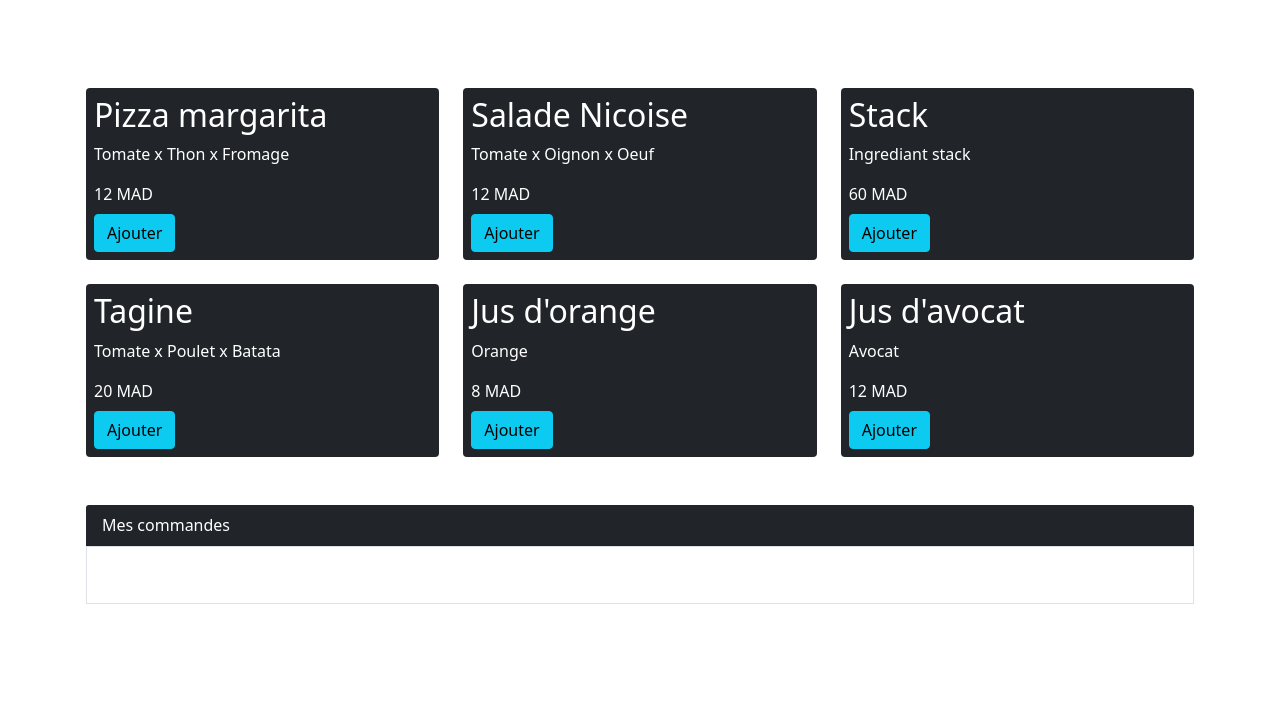
Repository: FS-23/my-restaurant
Page: /
An editor plug-in stored every save of this project. The page is shown before and after the next save, followed by the edit.
The browser window is 1280 px wide. The pictures show the whole page.
The project was rebuilt for these pictures with package versions that can differ from the ones it lists, and the page was loaded fresh each time.

Above is the page before, as saved 2022-04-29 14:09:26.

After the next save:
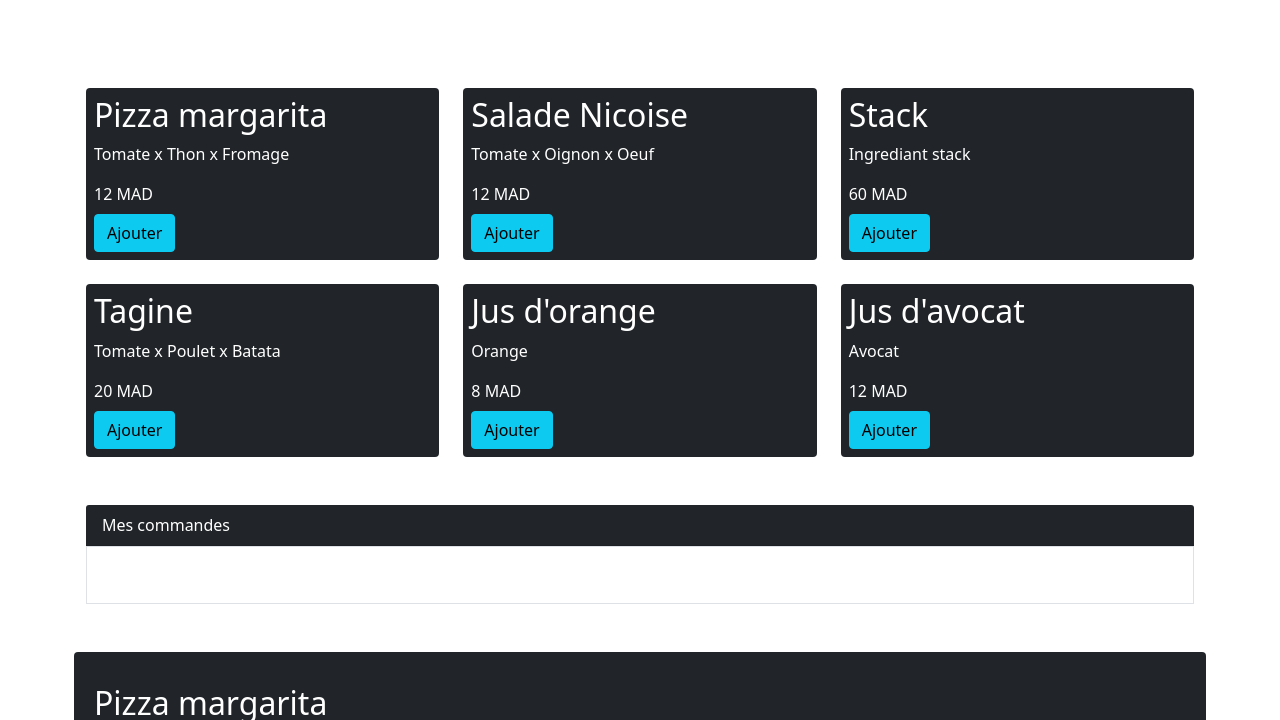
Saved 43 s later.
--- a/src/components/Menu.js
+++ b/src/components/Menu.js
@@ -2,6 +2,7 @@
 import Plat from "./Plat"
 function Menu(){
     let [orders , setOrders] = useState([])
+
     let menuList = [
           {id: 1 , name: "Pizza margarita" , price: 12 , ingredient: "Tomate x Thon x Fromage"},
           {id: 2 , name: "Salade Nicoise" , price: 12 , ingredient: "Tomate x Oignon x Oeuf"},
@@ -21,8 +22,9 @@
                   <div className="card-body border">body</div>
            </div>
            <div className="bg-dark rounded mt-5">
-
-
+                    {
+                        menuList.map((menu) =>   < Plat name= {menu.name} price={menu.price} ingredient={menu.ingredient} />)
+                    }
            </div>
 
         </div>

After the 4 saves that followed:
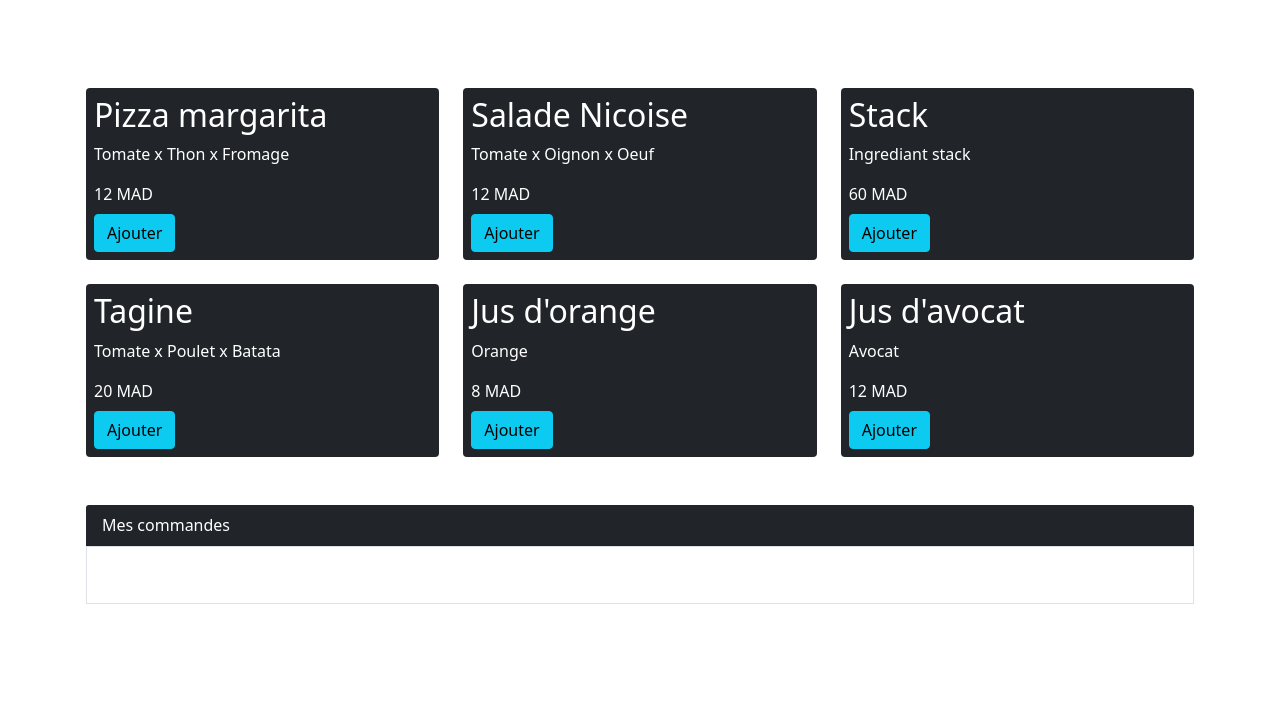
The 4 saves are shown as one change because 3 left the picture as it was.
The last was saved 4 min 9 s later.
--- a/src/components/Menu.js
+++ b/src/components/Menu.js
@@ -3,6 +3,9 @@
 function Menu(){
     let [orders , setOrders] = useState([])
 
+    function handleOnClick(id){
+
+    }
     let menuList = [
           {id: 1 , name: "Pizza margarita" , price: 12 , ingredient: "Tomate x Thon x Fromage"},
           {id: 2 , name: "Salade Nicoise" , price: 12 , ingredient: "Tomate x Oignon x Oeuf"},
@@ -12,10 +15,11 @@
           {id: 6 , name: "Jus d'avocat" , price: 12 , ingredient: "Avocat"},
     ]
 
+
     return (
         <div className="row">
            {
-               menuList.map((menu) =>   < Plat name= {menu.name} price={menu.price} ingredient={menu.ingredient} />)
+               menuList.map((menu , index) =>   < Plat key={index} name= {menu.name} price={menu.price} ingredient={menu.ingredient} onChoose={handleOnClick} />)
            }
            <div className="card w-100 m-auto border-0 mt-5">
                  <div className="card-header bg-dark">Mes commandes</div>
@@ -23,7 +27,7 @@
            </div>
            <div className="bg-dark rounded mt-5">
                     {
-                        menuList.map((menu) =>   < Plat name= {menu.name} price={menu.price} ingredient={menu.ingredient} />)
+                        orders.map((menu , index) =>   < Plat key={index} name= {menu.name} price={menu.price} ingredient={menu.ingredient} />)
                     }
            </div>
 
